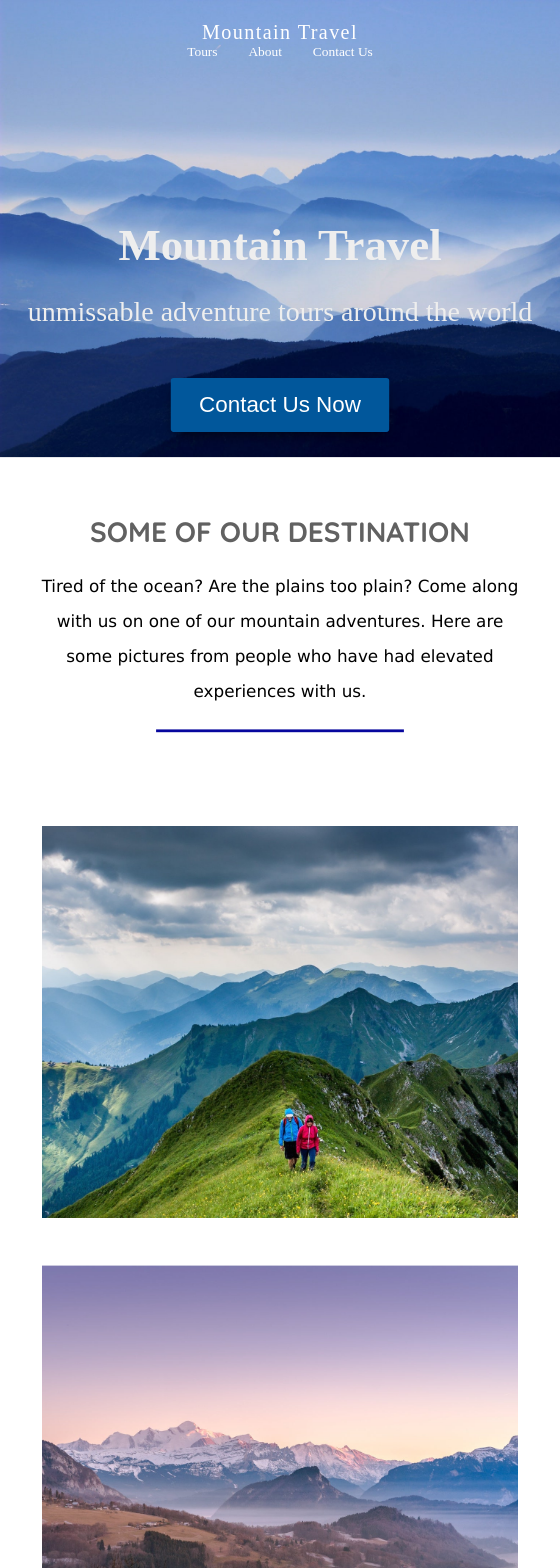
Repository: Einsteiniumeinsteinian/Advanced-CSS
Page: css-project-starter-code/index.html
An editor plug-in stored every save of this project. The page is shown before and after the next save, followed by the edit.
The browser window is 768 px wide. The page is 800 px wide, so the pictures cover 800 px, including what lies to the right of the window. The pictures show the part of the page from y = 0 to 2240 px (the page is 9164 px tall before and 9086 px after), at 70% of full size.
Some web libraries are served in a nearby version.

Above is the page before, as saved 2021-09-02 14:30:40.

### css-project-starter-code/index.html
<!DOCTYPE html>
<html>
<head>
  <meta charset="utf-8">
  <meta name="viewport" content="width=device-width, initial-scale=1">
  <title>Mountain Travel</title>
  <link rel="stylesheet" href="https://use.fontawesome.com/releases/v5.0.7/css/all.css">

  <link rel="preconnect" href="https://fonts.googleapis.com">
  <link rel="preconnect" href="https://fonts.gstatic.com" crossorigin>
  <link
    href="https://fonts.googleapis.com/css2?family=Open+Sans:wght@300;400;600;700&family=Quicksand:wght@400;500;600;700&display=swap"
    rel="stylesheet">
  <link rel="stylesheet" href="https://maxcdn.bootstrapcdn.com/font-awesome/4.7.0/css/font-awesome.min.css">
  <!--? <link href="https://fonts.googleapis.com/css?family=Open+Sans" rel="stylesheet"> -->
  <link rel="stylesheet" href="assets/css/styles.css">
  <script>/* foo */</script>
</head>

<body>
  <!-- Forked from a template on Tutorialzine: https://tutorialzine.com/2016/06/freebie-landing-page-template-with-flexbox -->
  <header>
    <nav>
      <a href="#"> mountain travel</a>
      <span class="nav-span">
        <a href="#"> Tours</a>
        <a href="#"> About</a>
        <a href="#"> Contact Us</a>
      </span>
    </nav>
    <div class="top-container">
      <div class="header-text-wrapping">
        <h1>Mountain Travel</h1>
        <p>unmissable adventure tours around the world</p>
      </div>
            <button class="button"><span>Contact Us Now </span></button>

    </div>
  </header>


  <div class="line-breaker-div">
    <h1>
      Some Of Our Destination
    </h1>
    <p>
      Tired of the ocean? Are the plains too plain? Come along with us on one of our mountain adventures. Here are some
      pictures from people who have had elevated experiences with us.
    </p>
    <hr>
  </div>

  <!--* photo-section -->
  <section class="photo-section">
    <div class="photo-set-div">
      <img class="img" src="assets/img/mountain1.jpg" alt="">
      <img class="img img-2" src="assets/img/mountain2.jpg" alt="">
    </div>
    <div class="photo-set-div">

      <img class="img img-3" src="assets/img/mountain3.jpg" alt="">
      <img class="img" src="assets/img/mountain4.jpg" alt="">
    </div>
  </section>


  <!--* Packkage Section -->
  <section class="package-section">
    <div class="line-breaker-div">
      <h1>
        Tour Packages
      </h1>
      <p>
        Tired of the ocean? Are the plains too plain? Come along with us on one of our mountain adventures. Here are
        some
        pictures from people who have had elevated experiences with us.
      </p>
      <hr>
    </div>
    <div class="package-set">
      <div class="package">
        <i class="far fa-compass"></i>
        <h1>
          guided trips
        </h1>
        <p>Looking for the complete experience? Take a tour with one of our experts. They'll show you secrets that
          you're likely to
          miss otherwise.</p>
      </div>
      <div class="package">
        <i class="fas fa-camera-retro"></i>
        <h1>
          Photo Trips
        </h1>
        <p>Want to experience nature's beauty without all of that annoying exercise? Take a photo tour on one of our
          mountain
          buses.</p>
      </div>
    </div>
    <div class="package-set">
      <div class="package">
        <i class="fas fa-bicycle"></i>
        <h1>
          biking trips
        </h1>
        <p>If bicycles are more your speed, consider taking a tour through one of our mountain bike paths. We'll provide
          the bikes,
          and lunch too!</p>
      </div>
      <div class="package">
        <i class="fas fa-flag-checkered"></i>
        <h1>
          racing trips
        </h1>
        <p>Got a competitive spirit? Sign up for one of our mountain marathons! Try to reach the summit before anyone
          else.</p>
      </div>
    </div>
  </section>

    <div class="line-breaker-div">
      <h1>
        Testimonials From Our Adventurers:
      </h1>
      <hr>
    </div>
  <!--* Testimonial Section  -->
  <section class="testimonials-section">
    <article>
      <p>
        Wow! This tour made me realize how much I love mountains. After going on one of these tours, I can safely say
        that
        they
        are my favorite geographic feature, and my favorite word that starts with M.

      </p>
      <p class="author">-Colt Steele</p>
    </article>
    <article>
      <p>
        I never understood why people cared so much about mountains. But then I went on one of these tours. Now I can't
        understand people who don't care about mountains!
      </p>

      <p class="author">- Elie Schoppik</p>
    </article>

    <article>
      <p>
      If you want to understand the universe, head to the mountains. I mean, seriously. It's like, woah. You know? It's like
      that.
      </p>
      <p class="author">- Tim Garcia</p>
    </article>
  </section>

  <section class="newsletter-section">
<div class="line-breaker-div">
  <h1>
    LeaRN MORE
  </h1>
  <p>
Want to know about our upcoming mountain-related events, or come to one of our mixers? Just sign up for our mailing
list. No spam from us, we promise! Except for the spam we give you to keep up your energy while you're hiking through
the mountains. We have tons of that.
  </p>
  <hr>
</div>
<form class=".newsletter-form" action="">
  <input id="email" type="email" placeholder="Email">
  <button class="button">
    <span>Subscribe </span>
  </button>
</form>
  </section>

<!--* Footer -->
<footer>

<p class="watermark">created  by einstein</p>

  <p class="footer-text">
why are you even reading this?! There's never anything interesting in a footer!!
  </p>
  <div class="icon-pack">
<i class="fab fa-whatsapp"></i>
<i class="fab fa-snapchat-ghost"></i>
<i class="fab fa-twitter"></i>
<i class="fab fa-instagram"></i>
<i class="fab fa-facebook-f "></i>
  </div>
</footer>
</body>
</html>

### css-project-starter-code/assets/css/styles.css

body{
    margin: 0;
    min-width: 100vh;
    /* font-family: ; */
}

header{
  background-image: url('../img/main.jpg');
  /* background-color: #01579B; */
  background-repeat: no-repeat;
background-size: cover;
    min-height: 100vh;
    margin-bottom: 10vh;
}

nav{
    padding: 30px;
    padding-left: 100px;
    padding-right: 100px;
    display: flex;
    justify-content: space-between;
     /* min-height: 30vh; */
    text-transform: capitalize;
}
a{
    text-decoration: none;
    color: white;
}
span > a{
     padding: 20px;
     font-size: 1.2rem;
}
nav > a{
    letter-spacing: 2px;
    font-size: 1.8rem;
}
.top-container{
    margin-top: 15%;
    display: flex;
    flex-direction: column;
    flex-wrap: wrap;
    justify-content: center;
    align-items: center;
    color: #EEEEEE;
}

@media screen and (max-width: 800px) {
    header{
        min-height: 100%;
    }
    nav{
        flex-direction: column;
        align-items: center;
        justify-content: space-around;
    }

    nav > span{
        flex-basis: 100px;
    }

}

/** Header-text-wrapping  */
/* .header-text-wrapping{
    display: flex;
    flex-direction: column;
  align-items: center;
  flex-basis: 250px;
} */
.header-text-wrapping > h1{
    margin: 0;
    font-size: 4rem;
   text-align: center;
}
.header-text-wrapping > p{
    text-align: center;
    font-size: 2.5rem;
    margin: 35px 0;
    padding: 0 10px;

}

.button{
    padding: 20px 40px;
    color: white;
    background-color: #01579B;
    border: none;
    font-size: 200%;
    border-radius: 4px;
      transition: all 0.5s;
  cursor: pointer;
  margin: 36px;
  box-shadow: 0 10px 20px -8px rgba(0, 0, 0,.7);
}
.button span {
  cursor: pointer;
  display: inline-block;
  position: relative;
  transition: 0.5s;
}

.button span:after {
  content: '\00bb';
  position: absolute;
  opacity: 0;
  top: 0;
  right: -20px;
  transition: 0.5s;
}

.button:hover span {
  padding-right: 25px;
}

.button:hover span:after {
  opacity: 1;
  right: 0;
}

/** Line Breaker Div */
.line-breaker-div{
    margin: auto;
    margin-top: 10vh;
    margin-bottom: 5vh;
    max-width: 50%;
    text-align: center;
    line-height: 2em;
}

.line-breaker-div > h1{
      text-transform: uppercase;
      color: #616161;
      font-family: 'Quicksand', sans-serif;
      line-height: 1.3em;
    font-size: 2.5rem;
}
.line-breaker-div > p{
    font-size: 18px;
          font-family: 'Lucida Sans', 'Lucida Sans Regular', 'Lucida Grande', 'Lucida Sans Unicode', Geneva, Verdana, sans-serif;
          line-height:50px;
}

hr{
    margin-top: 30px;
    width: 20%;
    border: #07079e 2px solid;
}

@media screen and (max-width: 820px) {
    .line-breaker-div{
        padding: 0 50px;
    max-width: 100%;
    text-align: center;
    line-height: 2em;
}

.line-breaker-div > p{
    font-size: 1.5rem;
}

hr{
    width: 50%;
}
}

/** Photo Section */


@media screen and (min-width: 821px) {
.photo-section{
    padding: 60px;
    display: flex;
    flex-direction: column;
}
.photo-set-div{
    display: flex;
    height: 40vh;
    padding: 25px;

}

.img{
    flex-basis: 200px;
    min-width: 0;
flex-grow: 3;
  object-fit: cover;
}
.img-2{
    margin-left: 50px;
    flex-grow: 8;
}
.img-3{
    margin-right: 50px;
    flex-grow: 8;
}

}
@media screen and (max-width: 820px) {

.photo-section{
    padding: 60px;
    display: flex;
    flex-direction: column;
}

.photo-set-div{
    display: flex;
    flex-direction: column;
}

.img{
    padding: 5% 0;
    width: 100%;
    height: 70vh;
    object-fit: cover;
}

}



/** Packages */
.package-section{
    padding: 60px;
    background-color: #EEEEEE;
}
.package-set{
    display: flex;
}
.package{
    text-align: center;
    line-height: 2em;
    margin-top: 50px;
    padding: 50px;
}
.package > h1{
    /* font-family: 'Quicksand', sans-serif; */
    color: #424242;
    text-transform: uppercase;
    font-weight: bold;
    font-size: 35px;
}
      .package > p{
                  font-size: 1.3em;
          font-family: cursive;
      }
.package > i{
    font-size: 6em;
    color: #448AFF;
}
@media screen and (max-width: 820px) {
    .package-set{
        flex-direction: column;
    }
    .package > h1{
        font-size: 50px;
    }
      .package > p{
          font-size: 1.8em;
          line-height: 7vh;
      }
    .package > i{
        font-size: 7em;
    }

}

/** testimonials-section */
.testimonials-section{
    padding: 20px 60px;
    display: flex;
    flex-direction: column;
}
article{
      text-align: center;
    line-height: 2em;
    margin-top: 30px;
    letter-spacing: 1px;
  font-family: 'Franklin Gothic Medium', 'Arial Narrow', Arial, sans-serif;
    padding: 0 100px;
}
article > p{
    padding: 0 20%;
}
article > p:not(.author){
    font-size: 1.4em;
    color: #424242;
}
P.author{
font-weight: bold;
font-size: 1.2rem;
}

@media screen and (max-width: 820px) {
    article{
    line-height: 3em;
    padding: 0 50px;
}
    article > p{
    padding: 0;
}
    article > p:not(.author){
    font-size: 1.8em;
    color: #424242;
}
P.author{
font-weight: bold;
font-size: 1.6rem;
}
}
/** Newslletter  */
.newsletter-section{
    padding: 60px;
    background-color: #EEEEEE;
}
form{
    display: flex;
    /* flex-direction: column; */
    justify-content: center;

}

input{
      margin: 36px;
    background-color: white;
    width: 40vw;
    padding: 20px;
    box-shadow: 0 10px 20px -8px rgba(0, 0, 0,.7);
    font-size: 1.3rem;
}
input:focus{
   outline: none;
}
::placeholder{
    font-size: 1.3rem;
}
@media screen and (max-width: 575px) {
   form{
        flex-direction: column;
        align-items: center;
    }
    input{
          min-width: 100vw;
          height: 40px;
    }
    ::placeholder{
    font-size: 1.8rem;
}

}
/** Footer */
footer{
    display: flex;
    justify-content: space-around;
    align-items: center ;
    margin: 0;
    background-color: #607d8b;
    height: 8vh;
    color: #E0E0E0;
}

footer > p{
    margin: 0;
    text-transform: uppercase;
}
.icon-pack > i{
    padding: 0 10px;
    font-size: 2rem;
}
@media screen and (max-width: 1220px) {
footer{
    flex-direction: column;
    height: 20vh;
}
}


@media screen and (max-width: 700px){
    footer{
    height: 25vh;
}
    footer > p{
    margin-top: 10px;
    text-align: center;
  font-size: 1.5rem;
}
.footer-text{
    margin-bottom: 10px;
}
.icon-pack > i{
    font-size: 3.5rem;
}
}

After the next save:
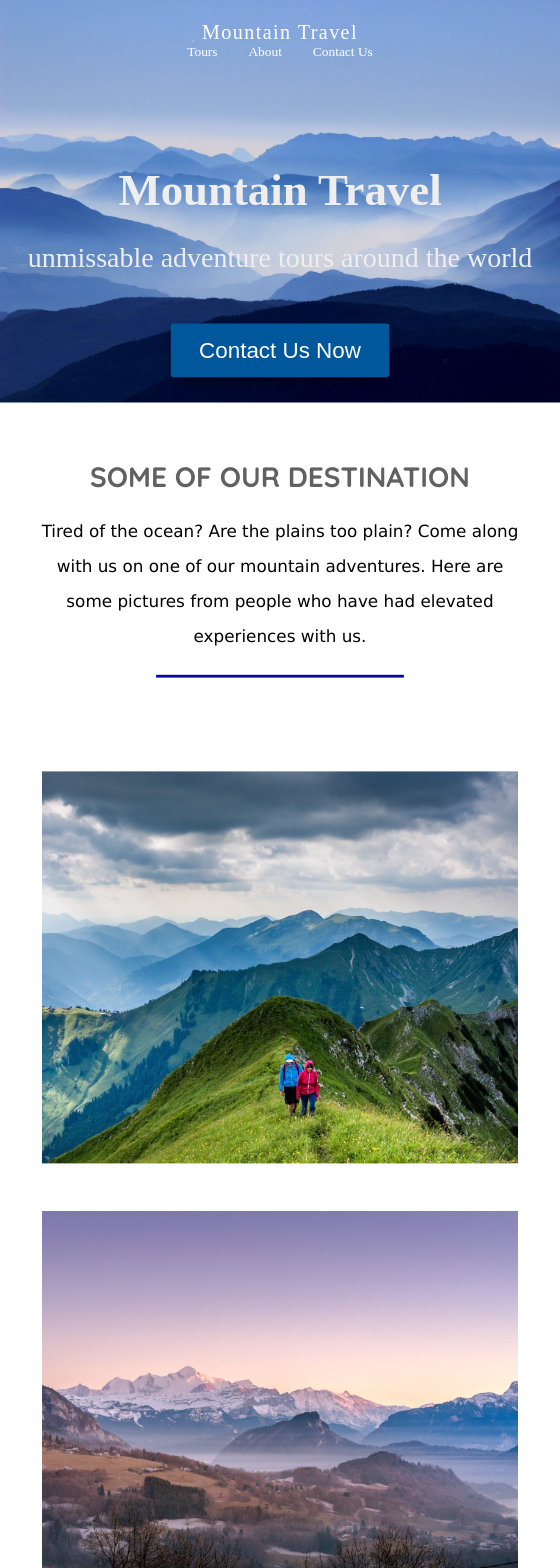
Saved 10 s later.
--- a/css-project-starter-code/assets/css/styles.css
+++ b/css-project-starter-code/assets/css/styles.css
@@ -55,9 +55,6 @@ nav > a{
         justify-content: space-around;
     }
 
-    nav > span{
-        flex-basis: 100px;
-    }
 
 }
 
